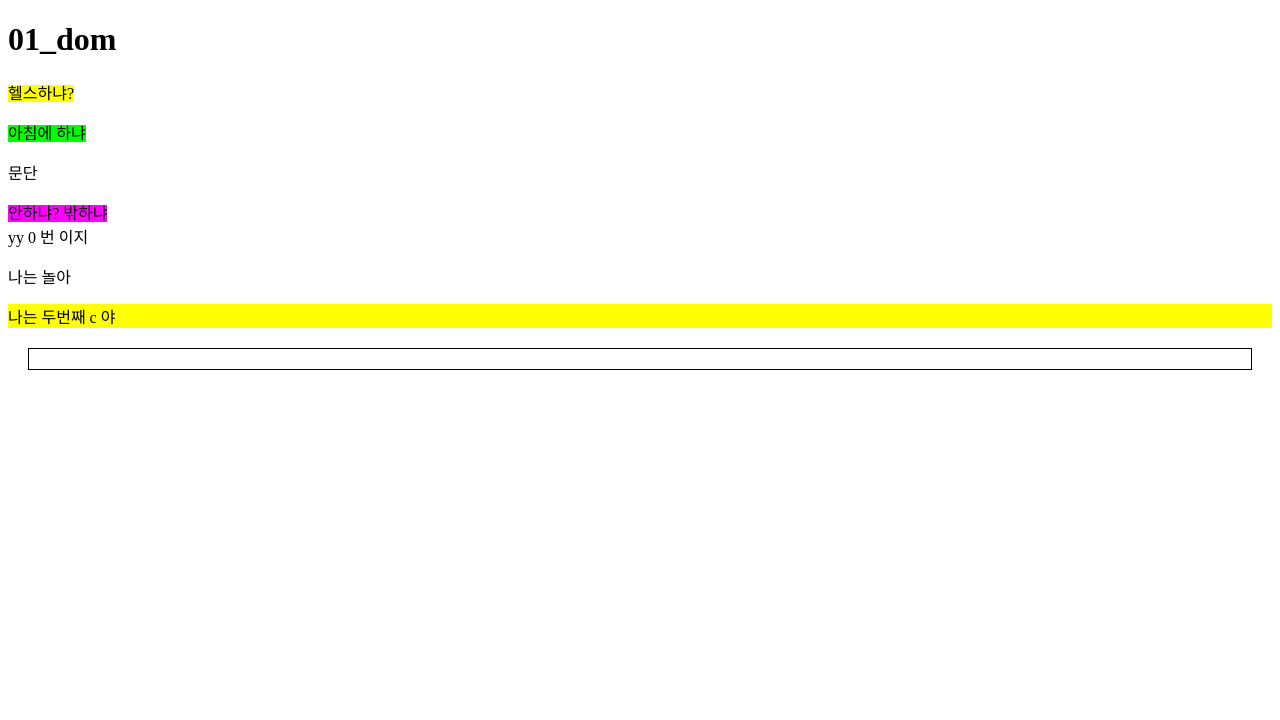
Repository: psun2/Korea-IT-Academy
Page: (back up) _ 오전/study_a/web_work/scriptProj/WebContent/dom/01_dom.html
An editor plug-in stored every save of this project. The page is shown before and after the next save, followed by the edit.
The browser window is 1280 px wide. The pictures show the whole page.

Above is the page before, as saved 2020-08-05 01:03:50.

After the next save:
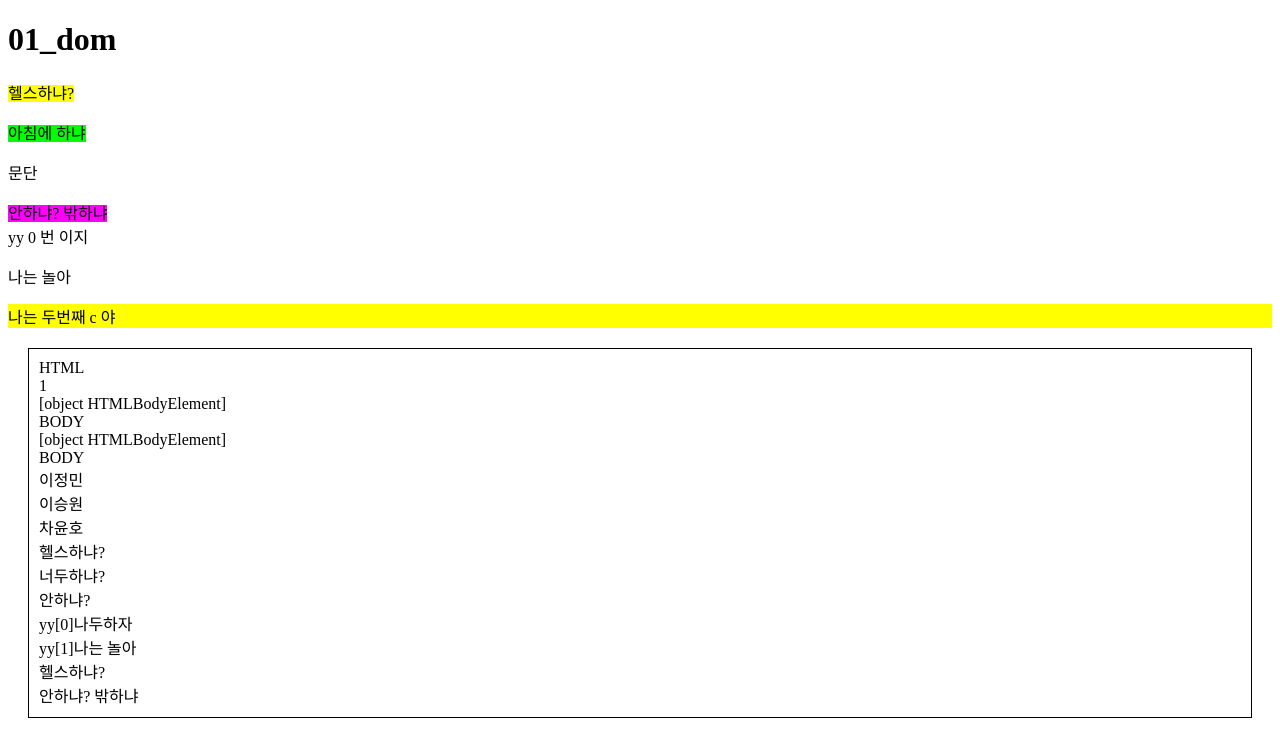
Saved 35 s later.
--- a/(back up) _ 오전/study_a/web_work/scriptProj/WebContent/dom/01_dom.html
+++ b/(back up) _ 오전/study_a/web_work/scriptProj/WebContent/dom/01_dom.html
@@ -48,22 +48,22 @@
 	var root = document.documentElement
 
 	//console.log(root)
-	console.log(root.tagName)
+	log(root.tagName)
 
 	var bo = document.getElementsByTagName("body")
-	console.log(bo.length)
-	console.log(bo[0])
-	console.log(bo[0].tagName)
-	console.log(bo.item(0))
-	console.log(bo.item(0).tagName)
+	log(bo.length)
+	log(bo[0])
+	log(bo[0].tagName)
+	log(bo.item(0))
+	log(bo.item(0).tagName)
 
 	var sp = document.getElementsByTagName("span")
 	for (var i = 0; i < sp.length; i++) {
-		console.log(sp[i].getAttribute("knn"))
+		log(sp[i].getAttribute("knn"))
 	}
 
 	for (var i = 0; i < sp.length; i++) {
-		console.log(sp[i].innerHTML)
+		log(sp[i].innerHTML)
 	}
 
 	sp[1].setAttribute("knn","송동규")
@@ -73,14 +73,14 @@
 
 	var yy = document.getElementsByClassName("yy")
 	for (var i = 0; i < yy.length; i++) {
-		console.log("yy["+i+"]"+ yy[i].innerHTML)
+		log("yy["+i+"]"+ yy[i].innerHTML)
 	}
 	yy[0].innerHTML = "yy 0 번 이지"
 
 	var aa = document.getElementById("a")
-	console.log(aa.innerHTML)
+	log(aa.innerHTML)
 	var cc = document.getElementById("c")
-	console.log(cc.innerHTML)
+	log(cc.innerHTML)
 	//console.log(cc.length)
 	//console.log(cc[0].innerHTML)
 
